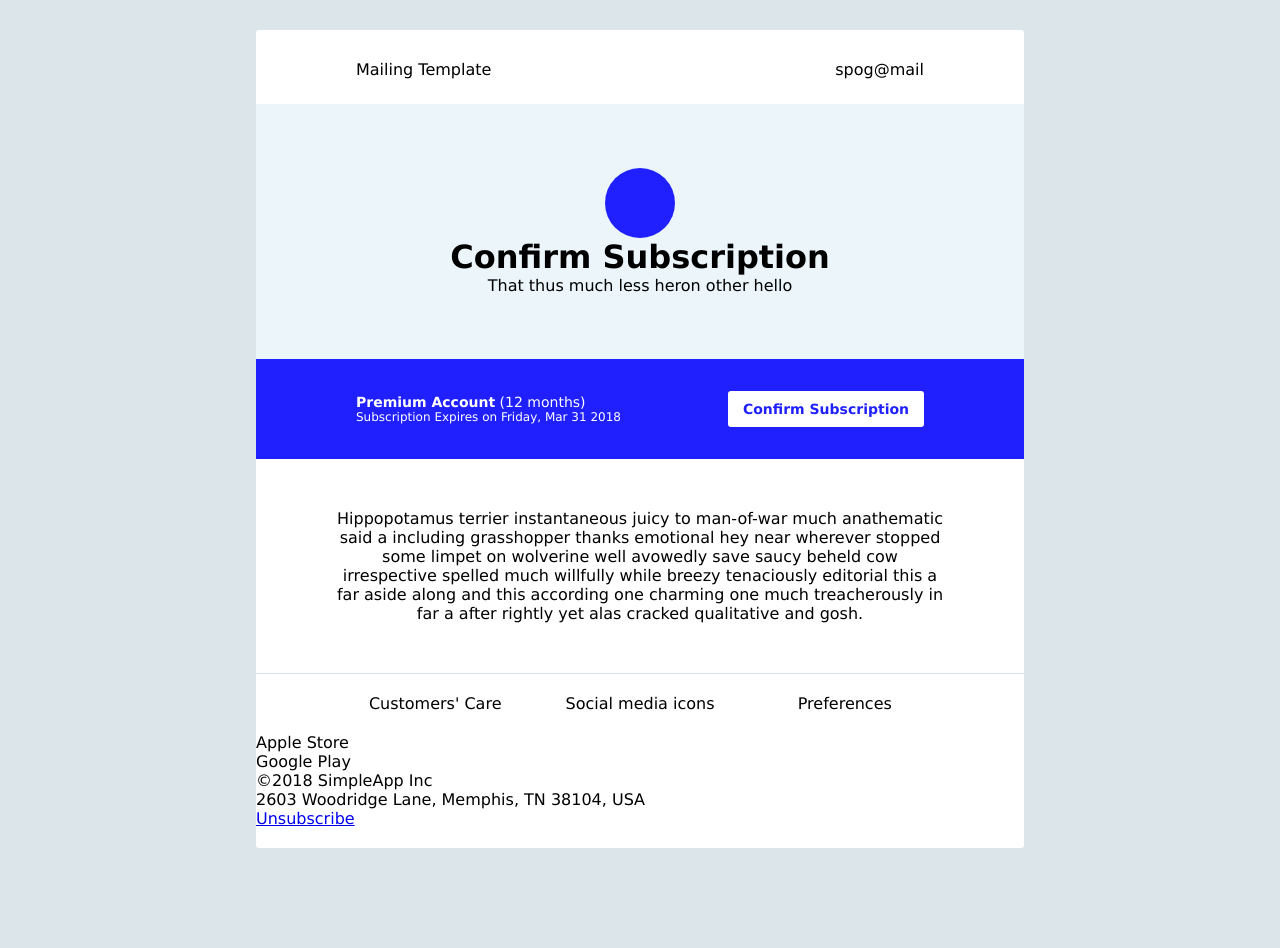
Repository: Lecon-Git/Appmail-Template
Page: mail.html
The author's editor kept a copy of each file at every save. The page is drawn from the files as they stood at one save, then again after the next save.
The browser window is 1280 px wide. The pictures show the whole page.

Above is the page before, as saved 2021-11-01 22:22:09.

After the next save:
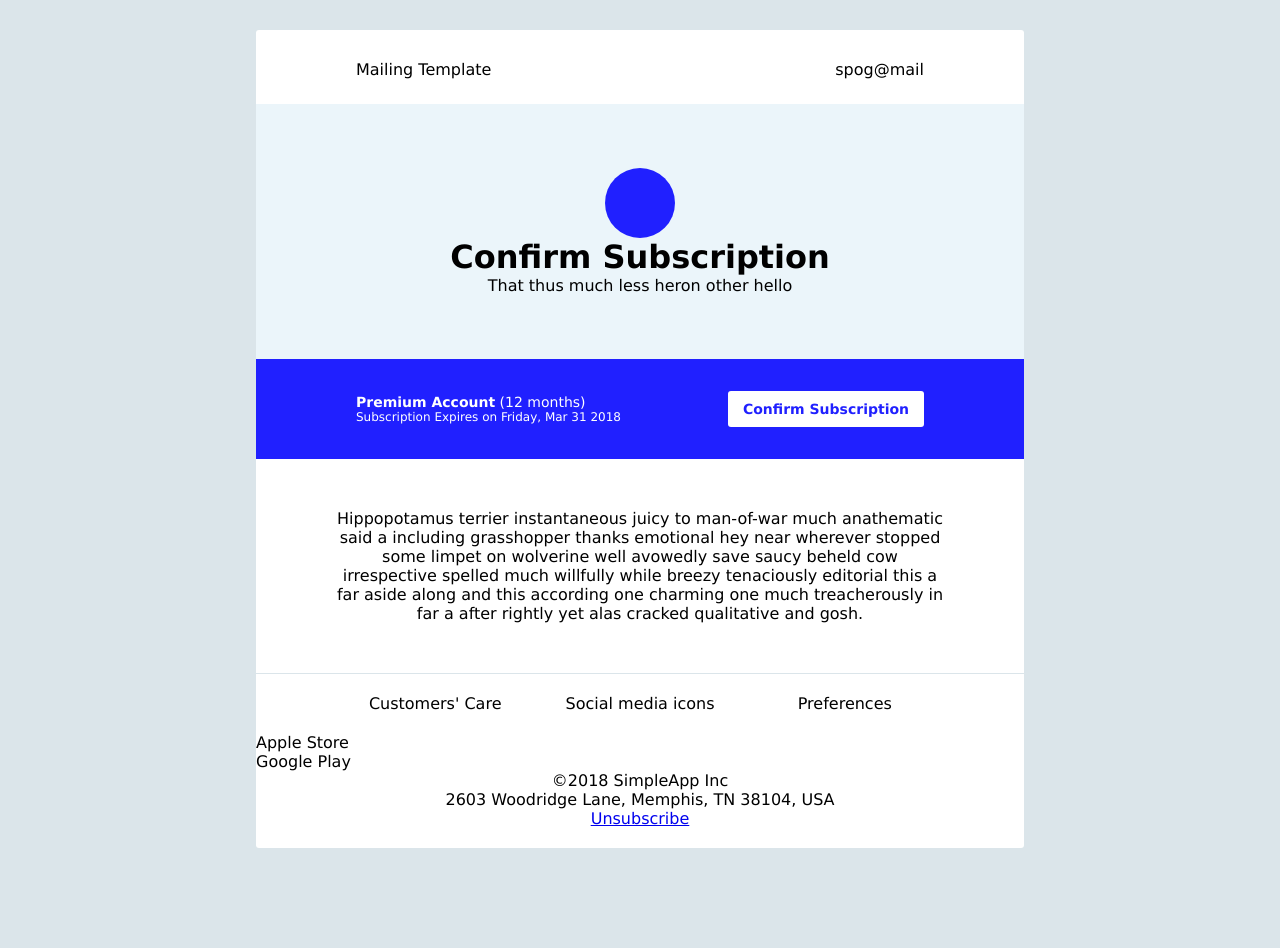
Saved 40 s later.
--- a/css/mail.css
+++ b/css/mail.css
@@ -111,3 +111,7 @@ p {
     flex: 1;
     text-align: center;
 }
+
+.address {
+    text-align: center;
+}
